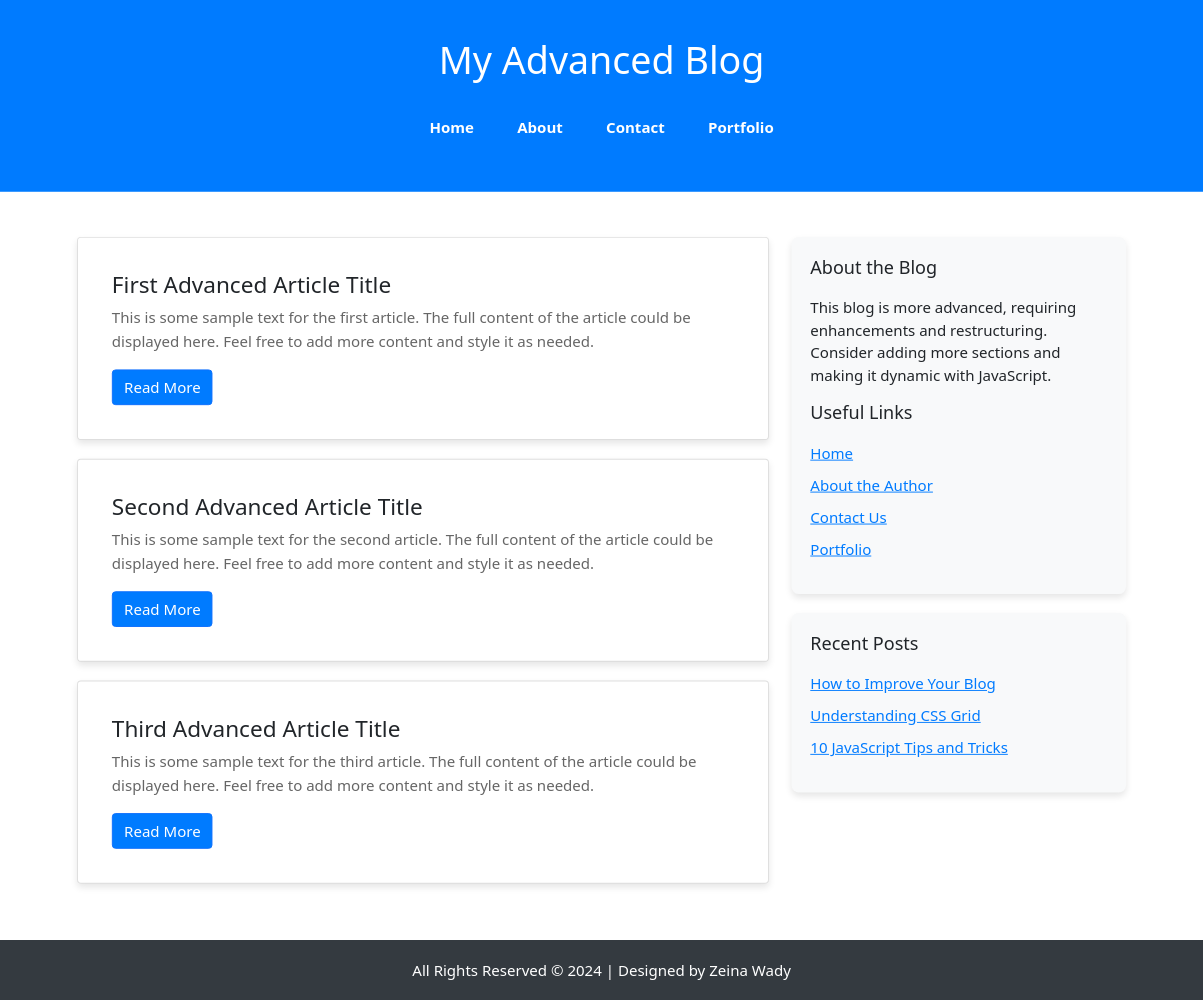
Repository: zeinawady/Blog-Code-Refactoring
Page: index.html
The author's editor kept a copy of each file at every save. The page is drawn from the files as they stood at one save, then again after a run of saves.
The browser window is 1280 px wide. The pictures show the whole page, at 94% of full size.

Above is the page before, as saved 2024-09-23 15:03:20.

### index.html
<!DOCTYPE html>
<html lang="en">
  <head>
    <meta charset="UTF-8" />
    <meta name="viewport" content="width=device-width, initial-scale=1.0" />
    <title>My Advanced Blog</title>
    <link rel="stylesheet" href="style.css">
    <link
      href="https://cdn.jsdelivr.net/npm/bootstrap@5.1.3/dist/css/bootstrap.min.css"
      rel="stylesheet"
    />

  </head>
  <body>
    <header>
      <h1 class="text-center text-white">My Advanced Blog</h1>
      <nav class="navbar navbar-expand-lg bg-body-tertiary">
        <div class="container">

          <button class="navbar-toggler ms-auto" type="button" data-bs-toggle="collapse" data-bs-target="#navbarNavAltMarkup" aria-controls="navbarNavAltMarkup" aria-expanded="false" aria-label="Toggle navigation">
            <span class="navbar-toggler-icon">click</span>
          </button>
          <div class="collapse navbar-collapse justify-content-center" id="navbarNavAltMarkup">
            <div class="navbar-nav">
              <a class="nav-link active text-white" aria-current="page" href="#">Home</a>
              <a class="nav-link text-white" href="#">About</a>
              <a class="nav-link text-white" href="#">Contact</a>
              <a class="nav-link text-white" href="#">Portfolio</a>
            </div>
          </div>
        </div>
      </nav>

    </header>

    <div class="container mt-5">
      <div class="row">
        <div class="col-lg-8">

          <article class="card">
            <div class="card-body">
            <h2 class="card-title">First Advanced Article Title</h2>
            <p class="card-text">
              This is some sample text for the first article. The full content
              of the article could be displayed here. Feel free to add more
              content and style it as needed.
            </p>
            <button class="btn btn-primary">Read More</button>
         </div>
        </article>

        <article class="card">
          <div class="card-body">
          <h2 class="card-title">Second Advanced Article Title</h2>
          <p class="card-text">
            This is some sample text for the second article. The full content
            of the article could be displayed here. Feel free to add more
            content and style it as needed.
          </p>
          <button class="btn btn-primary">Read More</button>
       </div>
      </article>

      <article class="card">
        <div class="card-body">
        <h2 class="card-title">Third Advanced Article Title</h2>
        <p class="card-text">
          This is some sample text for the third article. The full content
          of the article could be displayed here. Feel free to add more
          content and style it as needed.
        </p>
        <button class="btn btn-primary">Read More</button>
     </div>
    </article>
        </div>

        <div class="col-md-4">
          <aside>
            <h3>About the Blog</h3>
            <p>
              This blog is more advanced, requiring enhancements and
              restructuring. Consider adding more sections and making it dynamic
              with JavaScript.
            </p>
            <h3>Useful Links</h3>
            <ul>
              <li><a href="#">Home</a></li>
              <li><a href="#">About the Author</a></li>
              <li><a href="#">Contact Us</a></li>
              <li><a href="#">Portfolio</a></li>
            </ul>
          </aside>
          <aside>
            <h3>Recent Posts</h3>
            <ul>
              <li><a href="#">How to Improve Your Blog</a></li>
              <li><a href="#">Understanding CSS Grid</a></li>
              <li><a href="#">10 JavaScript Tips and Tricks</a></li>
            </ul>
          </aside>
        </div>
      </div>
    </div>

    <footer>
      <p>All Rights Reserved © 2024 | Designed by Zeina Wady</p>
    </footer>

    <script src="https://cdn.jsdelivr.net/npm/bootstrap@5.1.3/dist/js/bootstrap.bundle.min.js"></script>
  </body>
</html>

### style.css
body {
    font-family: Arial, sans-serif;
    background-color: #f4f4f9;
  }
  :root{
    --main-color:#007bff;
  }
  a{
    text-decoration: none;
  }
  header {
    background-color: var(--main-color);
    /* color: white; */
    padding: 40px 0;
    /* text-align: center; */
    position: relative;
  }
  header::after {
    content: "";
    position: absolute;
    bottom: -20px;
    left: 50%;
    transform: translateX(-50%);
    width: 100px;
    height: 5px;
    background-color: white;
  }
  .navbar {
    display: flex;
    justify-content: center;
    margin-top: 20px;
  }
  nav a {
    /* color: white; */
    margin: 0 15px;
    font-weight: bold;
    transition: 0.3s;
  }
  nav a:hover {
    text-decoration: underline;
  }
  article {
    border: 1px solid #ddd;
    margin-bottom: 20px;
    padding: 20px;
    background-color: white;
    box-shadow: 0 4px 8px rgba(0, 0, 0, 0.1);
    transition: transform 0.3s ease, box-shadow 0.3s ease;
  }
  article:hover {
    transform: translateY(-5px);
    box-shadow: 0 8px 16px rgba(0, 0, 0, 0.2);
  }
  article h2 {
    font-size: 1.5rem;
    /* margin-bottom: 15px; */
  }
  article p {
    color: #666;
    line-height: 1.6;
  }
  article .btn-primary {
    background-color:var(--main-color);
    /* border: none; */
  }
  /* article .btn-primary:hover {
    background-color: #0056b3;
  } */
  aside {
    background-color: #f8f9fa;
    padding: 20px;
    border-radius: 8px;
    box-shadow: 0 4px 8px rgba(0, 0, 0, 0.1);
    margin-bottom: 20px;
  }
  aside h3 {
    margin-bottom: 20px;
    font-size: 1.2rem;
  }
  aside ul {
    list-style-type: none;
    padding-left: 0;
  }
  aside ul li {
    margin-bottom: 10px;
  }
  aside ul li a {
    color: var(--main-color);
  }
  aside ul li a:hover {
    text-decoration: underline;
  }
  footer {
    background-color: #343a40;
    color: white;
    text-align: center;
    padding: 20px;
    margin-top: 40px;
  }
  footer p {
    margin: 0;
  }

After the next 2 saves:
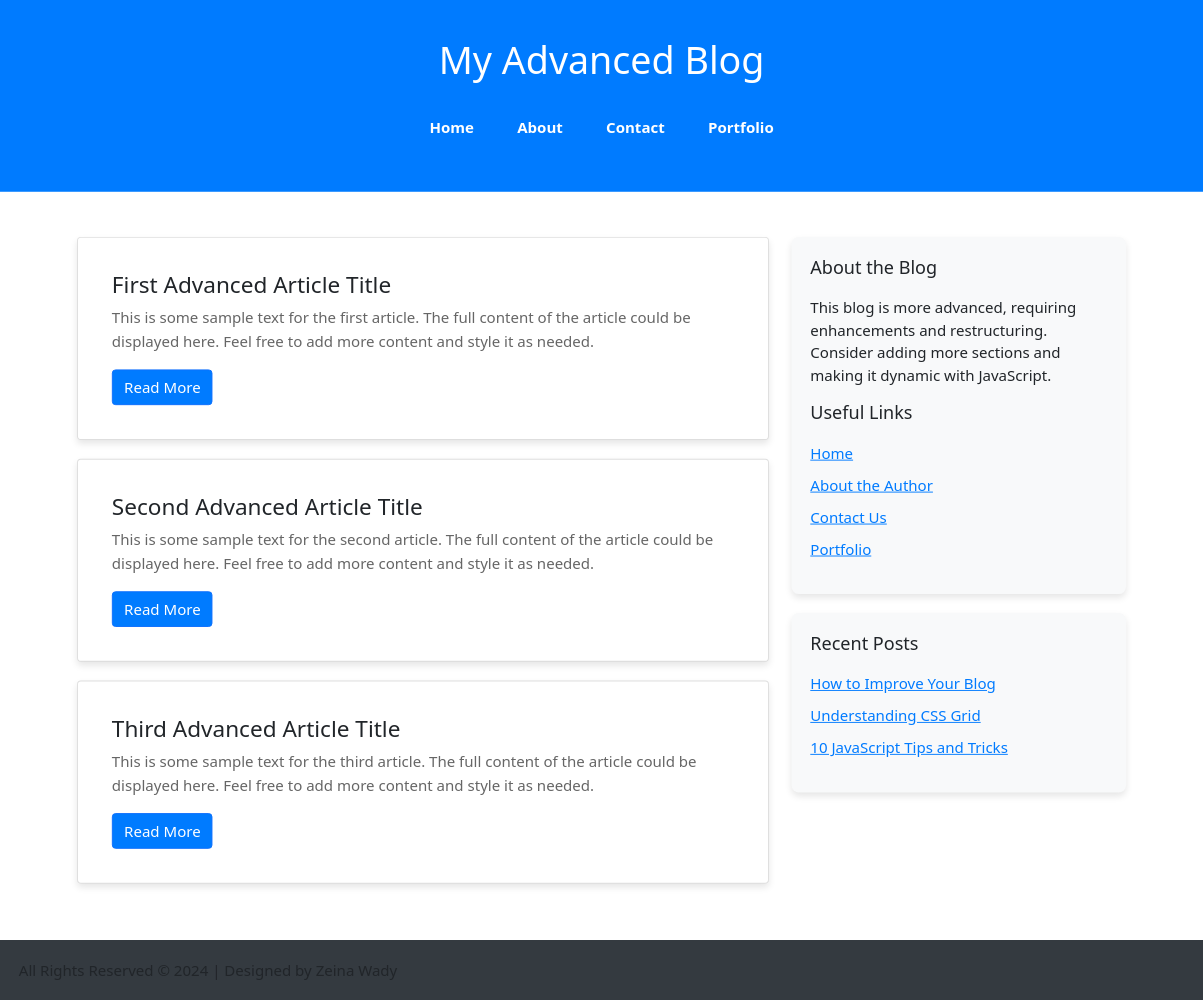
The 2 saves are shown as one change because they came seconds apart.
The last was saved 29 s later.
--- a/style.css
+++ b/style.css
@@ -92,8 +92,8 @@ body {
   }
   footer {
     background-color: #343a40;
-    color: white;
-    text-align: center;
+    /* color: white; */
+    /* text-align: center; */
     padding: 20px;
     margin-top: 40px;
   }

After the 2 saves that followed:
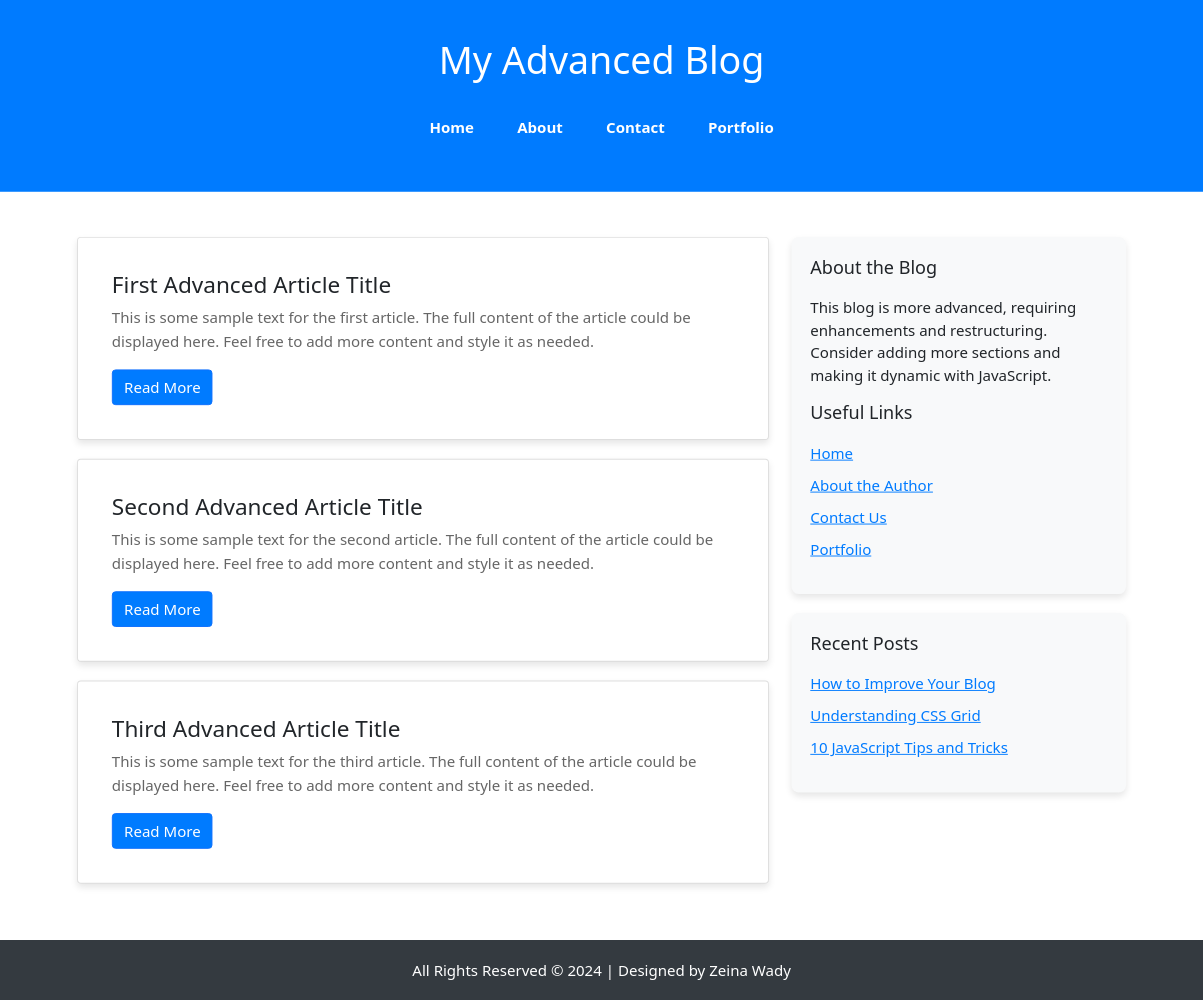
The 2 saves are shown as one change because 1 left the picture as it was.
The last was saved 13 s later.
--- a/index.html
+++ b/index.html
@@ -103,7 +103,7 @@
     </div>
 
     <footer>
-      <p>All Rights Reserved © 2024 | Designed by Zeina Wady</p>
+      <p class="text-white text-center">All Rights Reserved © 2024 | Designed by Zeina Wady</p>
     </footer>
 
     <script src="https://cdn.jsdelivr.net/npm/bootstrap@5.1.3/dist/js/bootstrap.bundle.min.js"></script>
